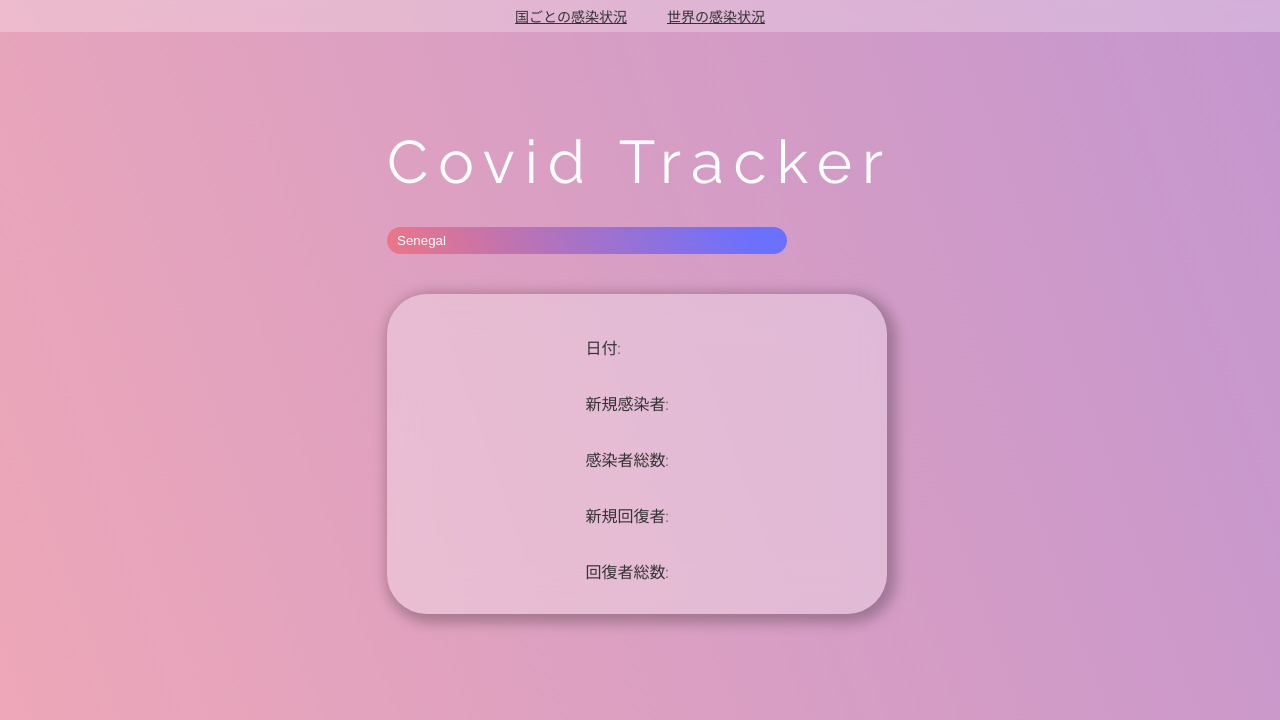
Repository: isopets/react-corona-tracker-app
Page: /
An editor plug-in stored every save of this project. The page is shown before and after the next save, followed by the edit.
The browser window is 1280 px wide. The pictures show the whole page.
The page's requests for data from a server got no answer. The project was rebuilt for these pictures with package versions that can differ from the ones it lists, and the page was loaded fresh each time. No one was signed in, and anything a server would have sent is missing. Also part of the build but not shown: src/components/Loading.js, src/components/Card.js, src/pages/WorldPage.js.

Above is the page before, as saved 2022-06-17 15:15:46.

### public/index.html
<!DOCTYPE html>
<html lang="en">

<head>
    <meta charset="utf-8" />
    <link rel="icon" href="%PUBLIC_URL%/favicon.ico" />
    <meta name="viewport" content="width=device-width, initial-scale=1" />
    <meta name="theme-color" content="#000000" />
    <meta name="description" content="Web site created using create-react-app" />
    <link rel="apple-touch-icon" href="%PUBLIC_URL%/logo192.png" />
    <!--
      manifest.json provides metadata used when your web app is installed on a
      user's mobile device or desktop. See https://developers.google.com/web/fundamentals/web-app-manifest/
    -->
    <link rel="manifest" href="%PUBLIC_URL%/manifest.json" />
    <!--
      Notice the use of %PUBLIC_URL% in the tags above.
      It will be replaced with the URL of the `public` folder during the build.
      Only files inside the `public` folder can be referenced from the HTML.

      Unlike "/favicon.ico" or "favicon.ico", "%PUBLIC_URL%/favicon.ico" will
      work correctly both with client-side routing and a non-root public URL.
      Learn how to configure a non-root public URL by running `npm run build`.
    -->
    <title>コロナトラッカー</title>
</head>

<body>
    <noscript>You need to enable JavaScript to run this app.</noscript>
    <div id="root"></div>
    <!--
      This HTML file is a template.
      If you open it directly in the browser, you will see an empty page.

      You can add webfonts, meta tags, or analytics to this file.
      The build step will place the bundled scripts into the <body> tag.

      To begin the development, run `npm start` or `yarn start`.
      To create a production bundle, use `npm run build` or `yarn build`.
    -->
</body>

</html>

### src/App.js
import {useState, useEffect} from "react";
import {Route, Switch, BrowserRouter} from "react-router-dom";
import countriesJson from "./countries.json";
import TopPage from "./pages/TopPage";
import WorldPage from "./pages/WorldPage";
import "./App.css";

function App() {
  const [loading, setLoading] = useState(false);
  const [country, setCountry] = useState("japan");
  const [countryData, setCountryData] = useState({
    date: "",
    newConfirmed: "",
    totalConfirmed: "",
    newRecovered: "",
    totalRecovered: "",
  });
  const [allCountriesData, setAllCountriesData] = useState([]);

  useEffect(() => {
    const getCountryData = () => {
      setLoading(true);
      fetch(`https://api.covid19api.com/country/${country}`)
        .then(res => res.json())
        .then(data => {
          setCountryData({
            date: data[data.length - 1].Date,
            newConfirmed:
              data[data.length - 1].Confirmed - data[data.length - 2].Confirmed,
            totalConfirmed: data[data.length - 1].Confirmed,
            newRecovered:
              data[data.length - 1].Recovered - data[data.length - 2].Recovered,
            totalRecovered: data[data.length - 1].Recovered,
          });
          setLoading(false);
        })
        .catch(err =>
          alert(
            "エラーが発生しました。ページをリロードして、もう一度トライしてください。"
          )
        );
    };
    getCountryData();
  }, [country]);

  useEffect(() => {
    fetch("https://api.covid19api.com/summary")
      .then(res => res.json())
      .then(data => setAllCountriesData(data.Countries))
      .catch(err =>
        alert(
          "エラーが発生しました。ページをリロードして、もう一度トライしてください。"
        )
      );
  }, []);
  return (
    <BrowserRouter>
      <Switch>
        <Route exact path="/">
          <TopPage
            countriesJson={countriesJson}
            setCountry={setCountry}
            countryData={countryData}
          />
        </Route>
        <Route exact path="/world">
          <WorldPage allCountriesData={allCountriesData} />
        </Route>
      </Switch>
    </BrowserRouter>
  );
}
export default App;

### src/pages/TopPage.js
import Header from "../components/Header";
import Title from "../components/Title";
import Selector from "../components/Selector";
import Results from "../components/Results";

const TopPage = ({countriesJson, setCountry, countryData, loading}) => {
  return (
    <div className="top-page-container">
      <div>
        <Header />
        <Title />
        <Selector countriesJson={countriesJson} setCountry={setCountry} />
        <Results countryData={countryData} loading={loading} />
      </div>
    </div>
  );
};

export default TopPage;

### src/App.css
@import url("https://fonts.googleapis.com/css2?family=Noto+Sans+JP&display=swap");
@import url("https://fonts.googleapis.com/css2?family=Raleway:wght@400;500;600&display=swap");

html {
  font-size: 62.5%;
}

body {
  font-family: "Raleway", "Noto Sans JP", sans-serif;
  font-weight: 400;
  font-size: 1.6rem;
  font-display: swap;
  color: #333;
  margin: 0;
  padding: 0;
}

/* Top Page */
.top-page-container {
  display: flex;
  justify-content: center;
  align-items: center;
  width: 100vw;
  min-height: 100vh;
  background: linear-gradient(
    250.6deg,
    #6a70ff 7.3%,
    rgba(255, 53, 53, 0.4) 98.63%
  );
  background-size: 400% 400%;
  /* animation: gradient 12s ease infinite; */
}

@keyframes gradient {
  0% {
    background-position: 0% 50%;
  }
  50% {
    background-position: 100% 50%;
  }
  100% {
    background-position: 0% 50%;
  }
}

/* Header */
.header {
  position: fixed;
  top: 0;
  left: 0;
  right: 0;
  z-index: 1;
  text-align: center;
  backdrop-filter: blur(5px);
  width: 100%;
  padding: 0.6rem 0;
  background: rgba(255, 255, 255, 0.25);
}

.header > a {
  font-size: 1.4rem;
  color: inherit;
  margin: 0 2rem;
}

/* Title */
h1 {
  margin: 0;
  padding-top: 3rem;
  font-family: "Raleway";
  text-align: center;
  font-weight: 400;
  font-size: 6rem;
  line-height: 5rem;
  letter-spacing: 1rem;
  color: #fff;
}

/* Selector */
.selector-container {
  margin: 4rem 0;
}

.selector-container > select {
  border-radius: 40px 40px 40px 40px;
  border: transparent;
  width: 400px;
  height: 27px;
  padding: 0.5rem 1rem;
  appearance: none;
  color: #fff;
  background: linear-gradient(
    250.6deg,
    #6a70ff 7.3%,
    rgba(255, 53, 53, 0.4) 98.63%
  );
}

.selector-container > select:active,
.selector-container > select:focus,
.selector-container > select:hover {
  outline: 0;
  border: none;
  cursor: pointer;
}

.selector-container > button {
  width: 98px;
  height: 27px;
  border-radius: 0 40px 40px 0;
  background: #4473ff;
  border: none;
  border-left: 2px solid #fff;
  color: white;
  padding: 0.6rem 2rem;
  text-align: center;
  text-decoration: none;
  display: inline-block;
  cursor: pointer;
}

.selector-container > button:hover {
  color: #4473ff;
  background-color: #fff;
  transition: 0.3s all;
}

/* Results */
.results-container {
  display: flex;
  justify-content: center;
  align-items: center;
  width: 480px;
  min-height: 300px;
  padding: 1rem;
  border-radius: 40px;
  background: rgba(255, 255, 255, 0.3);
  backdrop-filter: blur(20px);
  box-shadow: 4px 4px 13px 5px rgba(0, 0, 0, 0.25);
}

.results-container p span {
  font-size: 3.4rem;
  color: #4473ff;
  margin-left: 2rem;
  font-weight: 600;
  letter-spacing: 0.1rem;
}

/* For responsive design */
@media only screen and (max-width: 600px) {
  h1 {
    margin-top: 3rem;
    font-size: 4rem;
    line-height: 2rem;
  }
  .selector-container > select {
    width: 270px;
  }
  .results-container {
    width: 350px;
  }
}

/* World Page */
.world-page-container {
  height: 100%;
  padding: 4rem 3rem;
  background: linear-gradient(
    250.6deg,
    #6a70ff 7.3%,
    rgba(255, 53, 53, 0.4) 98.63%
  );
  background-size: 300% 300%;
  /* 	animation: gradient 14s ease infinite; */
}

.card-container {
  margin-top: 4rem;
  display: grid;
  grid-template-columns: repeat(auto-fit, minmax(250px, 1fr));
  gap: 2rem;
}

.card {
  display: flex;
  justify-content: center;
  padding: 1rem 3rem;
  border-radius: 40px;
  background: rgba(255, 255, 255, 0.3);
  backdrop-filter: blur(20px);
  box-shadow: 4px 4px 13px 5px rgba(0, 0, 0, 0.25);
}

.card h2 {
  font-weight: 500;
  text-align: center;
}

.card p span {
  font-size: 2.5rem;
  color: #ff57ae;
  margin-left: 1.5rem;
  font-weight: 600;
  letter-spacing: 0.1rem;
}

/* Loading */
.loading {
  color: #fe5c5c;
  font-size: 90px;
  text-indent: -9999em;
  overflow: hidden;
  width: 1em;
  height: 1em;
  border-radius: 50%;
  margin: 72px auto;
  position: relative;
  -webkit-transform: translateZ(0);
  -ms-transform: translateZ(0);
  transform: translateZ(0);
  -webkit-animation: load6 1.7s infinite ease, round 1.7s infinite ease;
  animation: load6 1.7s infinite ease, round 1.7s infinite ease;
}
@-webkit-keyframes load6 {
  0% {
    box-shadow: 0 -0.83em 0 -0.4em, 0 -0.83em 0 -0.42em, 0 -0.83em 0 -0.44em,
      0 -0.83em 0 -0.46em, 0 -0.83em 0 -0.477em;
  }
  5%,
  95% {
    box-shadow: 0 -0.83em 0 -0.4em, 0 -0.83em 0 -0.42em, 0 -0.83em 0 -0.44em,
      0 -0.83em 0 -0.46em, 0 -0.83em 0 -0.477em;
  }
  10%,
  59% {
    box-shadow: 0 -0.83em 0 -0.4em, -0.087em -0.825em 0 -0.42em,
      -0.173em -0.812em 0 -0.44em, -0.256em -0.789em 0 -0.46em,
      -0.297em -0.775em 0 -0.477em;
  }
  20% {
    box-shadow: 0 -0.83em 0 -0.4em, -0.338em -0.758em 0 -0.42em,
      -0.555em -0.617em 0 -0.44em, -0.671em -0.488em 0 -0.46em,
      -0.749em -0.34em 0 -0.477em;
  }
  38% {
    box-shadow: 0 -0.83em 0 -0.4em, -0.377em -0.74em 0 -0.42em,
      -0.645em -0.522em 0 -0.44em, -0.775em -0.297em 0 -0.46em,
      -0.82em -0.09em 0 -0.477em;
  }
  100% {
    box-shadow: 0 -0.83em 0 -0.4em, 0 -0.83em 0 -0.42em, 0 -0.83em 0 -0.44em,
      0 -0.83em 0 -0.46em, 0 -0.83em 0 -0.477em;
  }
}
@keyframes load6 {
  0% {
    box-shadow: 0 -0.83em 0 -0.4em, 0 -0.83em 0 -0.42em, 0 -0.83em 0 -0.44em,
      0 -0.83em 0 -0.46em, 0 -0.83em 0 -0.477em;
  }
  5%,
  95% {
    box-shadow: 0 -0.83em 0 -0.4em, 0 -0.83em 0 -0.42em, 0 -0.83em 0 -0.44em,
      0 -0.83em 0 -0.46em, 0 -0.83em 0 -0.477em;
  }
  10%,
  59% {
    box-shadow: 0 -0.83em 0 -0.4em, -0.087em -0.825em 0 -0.42em,
      -0.173em -0.812em 0 -0.44em, -0.256em -0.789em 0 -0.46em,
      -0.297em -0.775em 0 -0.477em;
  }
  20% {
    box-shadow: 0 -0.83em 0 -0.4em, -0.338em -0.758em 0 -0.42em,
      -0.555em -0.617em 0 -0.44em, -0.671em -0.488em 0 -0.46em,
      -0.749em -0.34em 0 -0.477em;
  }
  38% {
    box-shadow: 0 -0.83em 0 -0.4em, -0.377em -0.74em 0 -0.42em,
      -0.645em -0.522em 0 -0.44em, -0.775em -0.297em 0 -0.46em,
      -0.82em -0.09em 0 -0.477em;
  }
  100% {
    box-shadow: 0 -0.83em 0 -0.4em, 0 -0.83em 0 -0.42em, 0 -0.83em 0 -0.44em,
      0 -0.83em 0 -0.46em, 0 -0.83em 0 -0.477em;
  }
}
@-webkit-keyframes round {
  0% {
    -webkit-transform: rotate(0deg);
    transform: rotate(0deg);
  }
  100% {
    -webkit-transform: rotate(360deg);
    transform: rotate(360deg);
  }
}
@keyframes round {
  0% {
    -webkit-transform: rotate(0deg);
    transform: rotate(0deg);
  }
  100% {
    -webkit-transform: rotate(360deg);
    transform: rotate(360deg);
  }
}

### src/components/Header.tsx
import {Link} from "react-router-dom";

const Header = () => {
  return (
    <div className="header">
      <Link to="/">国ごとの感染状況</Link>
      <Link to="/world">世界の感染状況</Link>
    </div>
  );
};
export default Header;

### src/components/Title.js
const Title = () => {
  return (
    <div>
      <h1>Covid Tracker</h1>
    </div>
  );
};

export default Title;

### src/components/Selector.tsx
const Selector = ({setCountry, countriesJson}) => {
  return (
    <div className="selector-container">
      <select onChange={e => setCountry(e.target.value)}>
        {countriesJson.map((country, index) => (
          <option key={index} value={country.Slug}>
            {country.Country}
          </option>
        ))}
      </select>
    </div>
  );
};

export default Selector;

### src/components/Results.js
import Loading from "./Loading";
const Results = ({countryData, loading}) => {
  const {date, newConfirmed, totalConfirmed, newRecovered, totalRecovered} =
    countryData;

  return (
    <div className="results-container">
      {loading ? (
        <Loading />
      ) : (
        <div>
          <p>
            日付: <span>{date.slice(0, 10)}</span>
          </p>
          <p>
            新規感染者:
            <span>{newConfirmed.toLocaleString()}</span>
          </p>
          <p>
            感染者総数:
            <span>{totalConfirmed.toLocaleString()}</span>
          </p>
          <p>
            新規回復者:
            <span>{newRecovered.toLocaleString()}</span>
          </p>
          <p>
            回復者総数:
            <span>{totalRecovered.toLocaleString()}</span>
          </p>
        </div>
      )}
    </div>
  );
};

export default Results;

Loaded but not shown: src/index.js (common file); src/countries.json (1241 lines, source omitted)

After the next save:
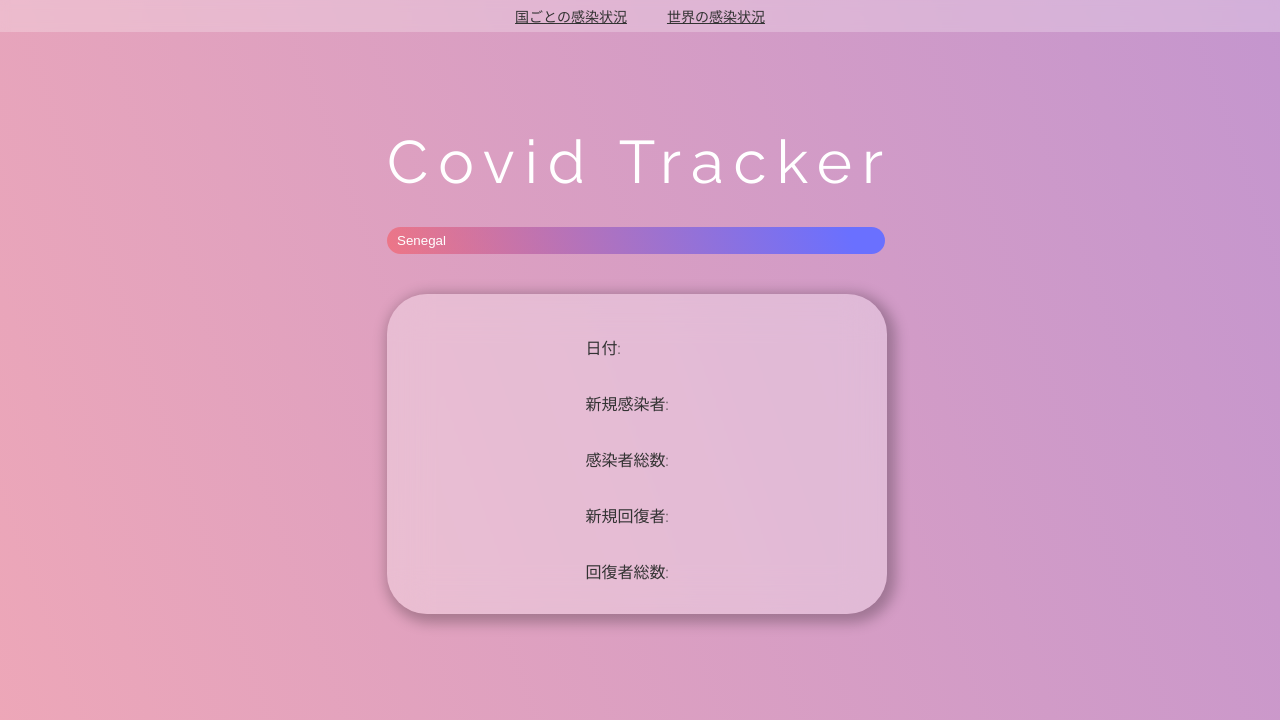
Saved 11 s later.
--- a/src/App.css
+++ b/src/App.css
@@ -84,7 +84,7 @@ h1 {
 .selector-container > select {
   border-radius: 40px 40px 40px 40px;
   border: transparent;
-  width: 400px;
+  width: 498px;
   height: 27px;
   padding: 0.5rem 1rem;
   appearance: none;
